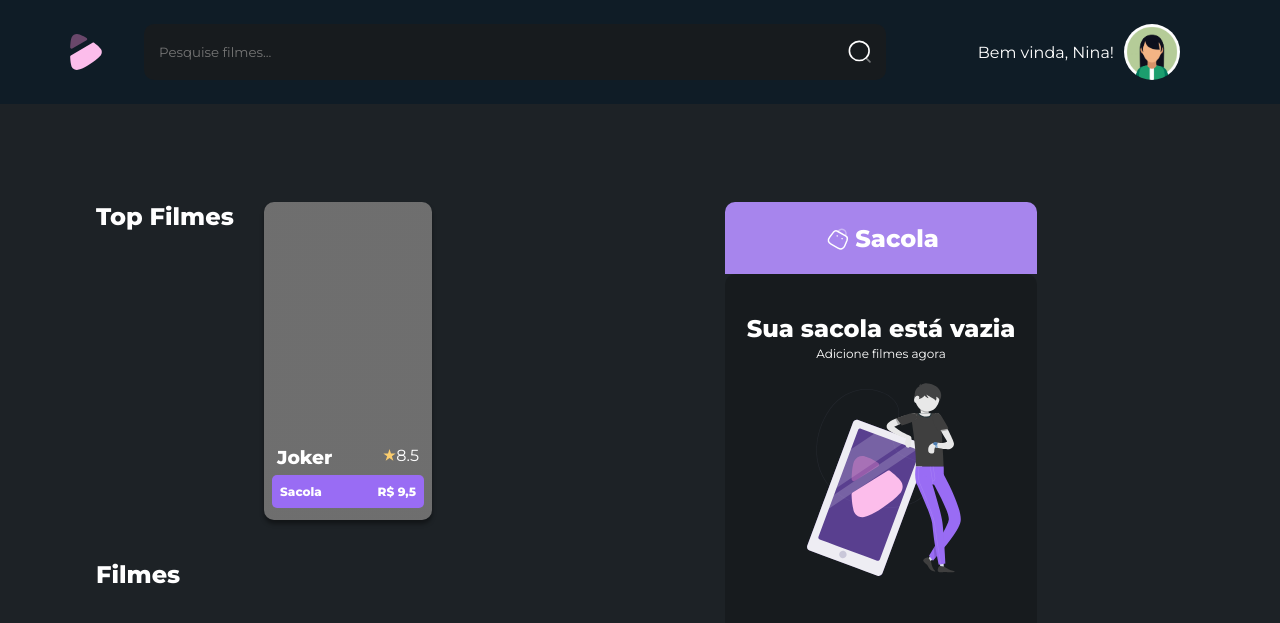
Repository: MilenaMelo/Cubos-Flix
Page: / (app in cubos-flix/)
These files come from the project's save history. The page is drawn as it stood at one moment and after the next save; the edit follows.
The browser window is 1280 px wide. The pictures show the whole page.
Pictures or frames that could not be fetched are drawn as grey boxes. The project was rebuilt for these pictures with package versions that can differ from the ones it lists, and the page was loaded fresh each time.

Above is the page before, as saved 2021-06-19 17:29:37.

After the next save:
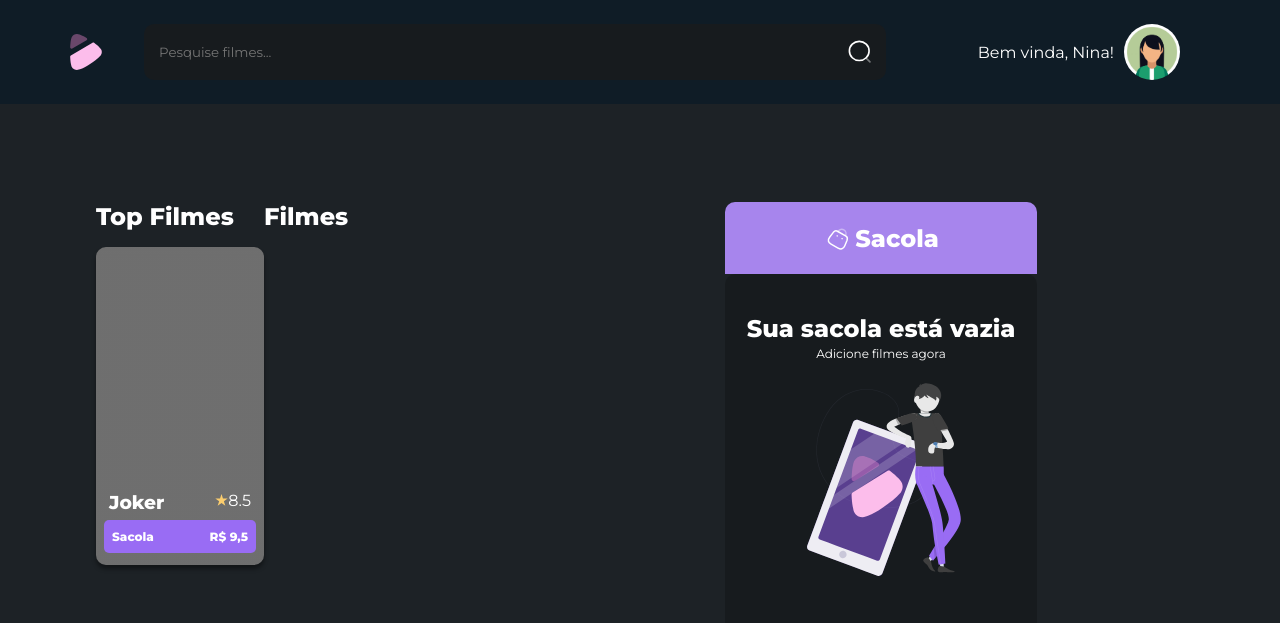
Saved 18 s later.
--- a/cubos-flix/src/App.js
+++ b/cubos-flix/src/App.js
@@ -10,8 +10,8 @@
       <header className="header">
         <Navbar />
       </header>
-      <section className="content">
-        <div className="movie-grid top-movies">
+      <section className="movie-grid content">
+        <div className="top-movies">
           <h1>Top Filmes</h1>
           <Cards />
         </div>

After the save that followed:
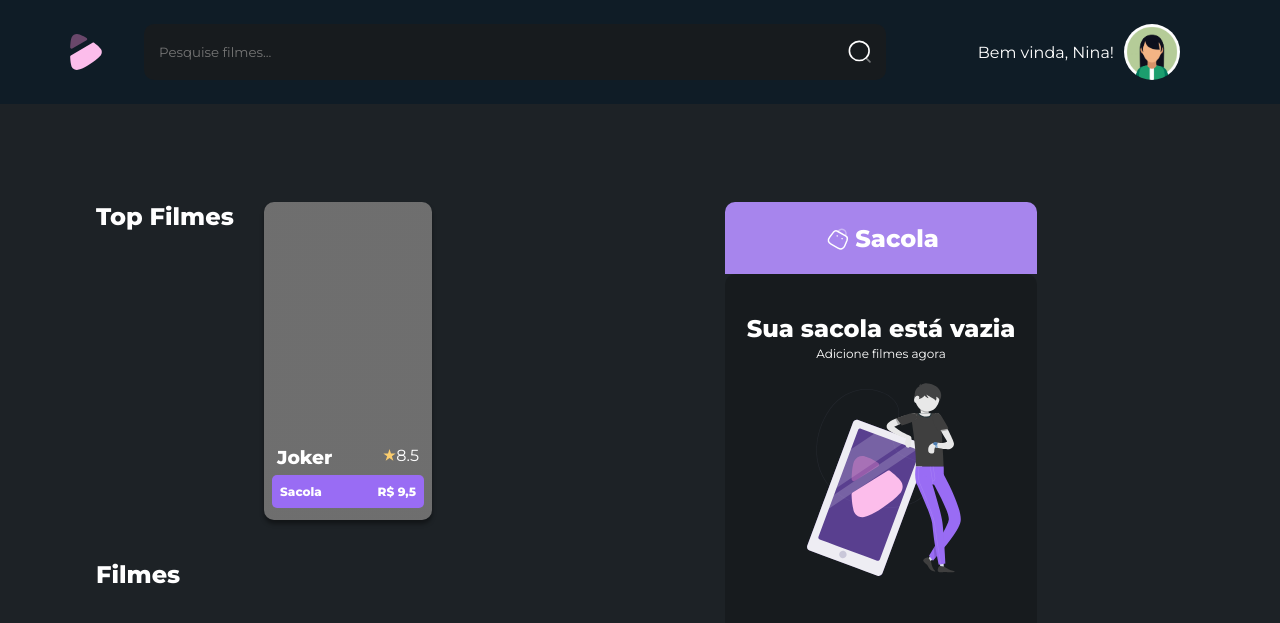
Saved 16 s later.
--- a/cubos-flix/src/App.js
+++ b/cubos-flix/src/App.js
@@ -10,8 +10,8 @@
       <header className="header">
         <Navbar />
       </header>
-      <section className="movie-grid content">
-        <div className="top-movies">
+      <section className="content">
+        <div className="movie-grid top-movies">
           <h1>Top Filmes</h1>
           <Cards />
         </div>
